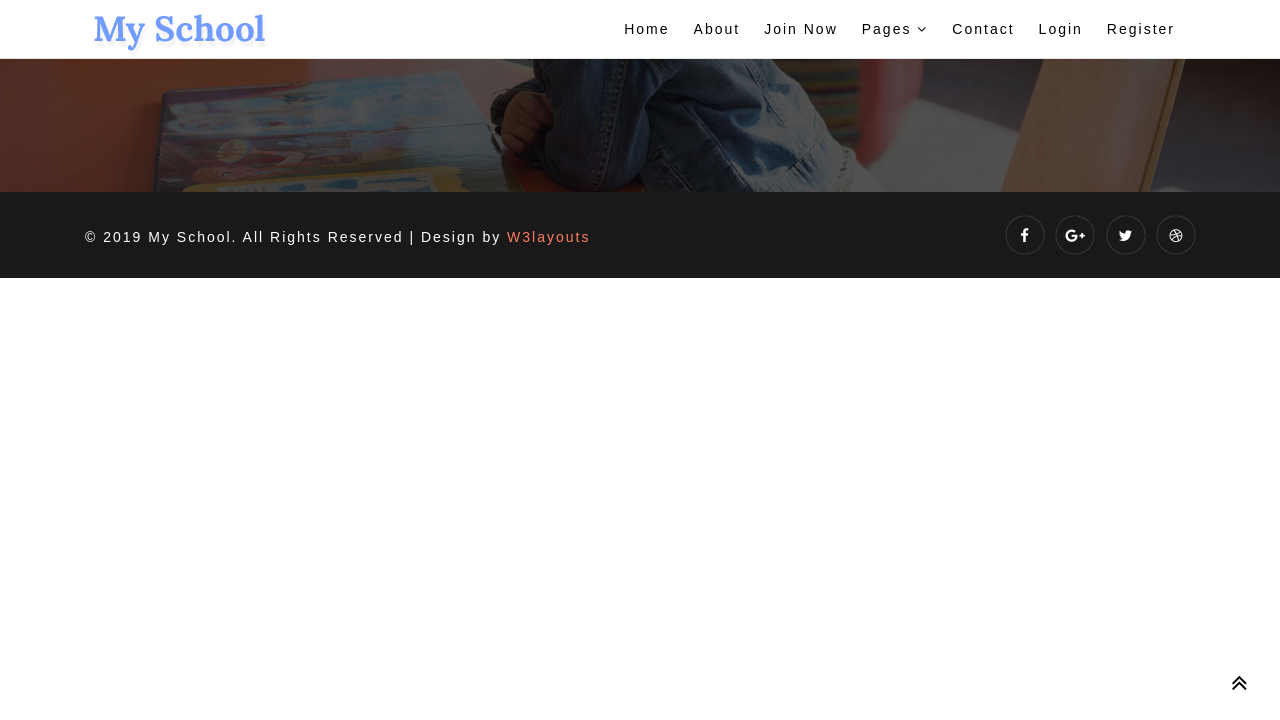
Repository: Gaurangdalvadi6/Web_Technologies_in_JAVA
Page: http://localhost/advance_java_assignment/home.jsp
The author's editor kept a copy of each file at every save. The page is drawn from the files as they stood at one save, then again after the next save.
The browser window is 1280 px wide. The pictures show the whole page.
Some web fonts or font styles are not loaded; a fallback is used. The page is served by Tomcat 9.

Above is the page before, as saved 2023-04-27 15:46:12.

After the next save:
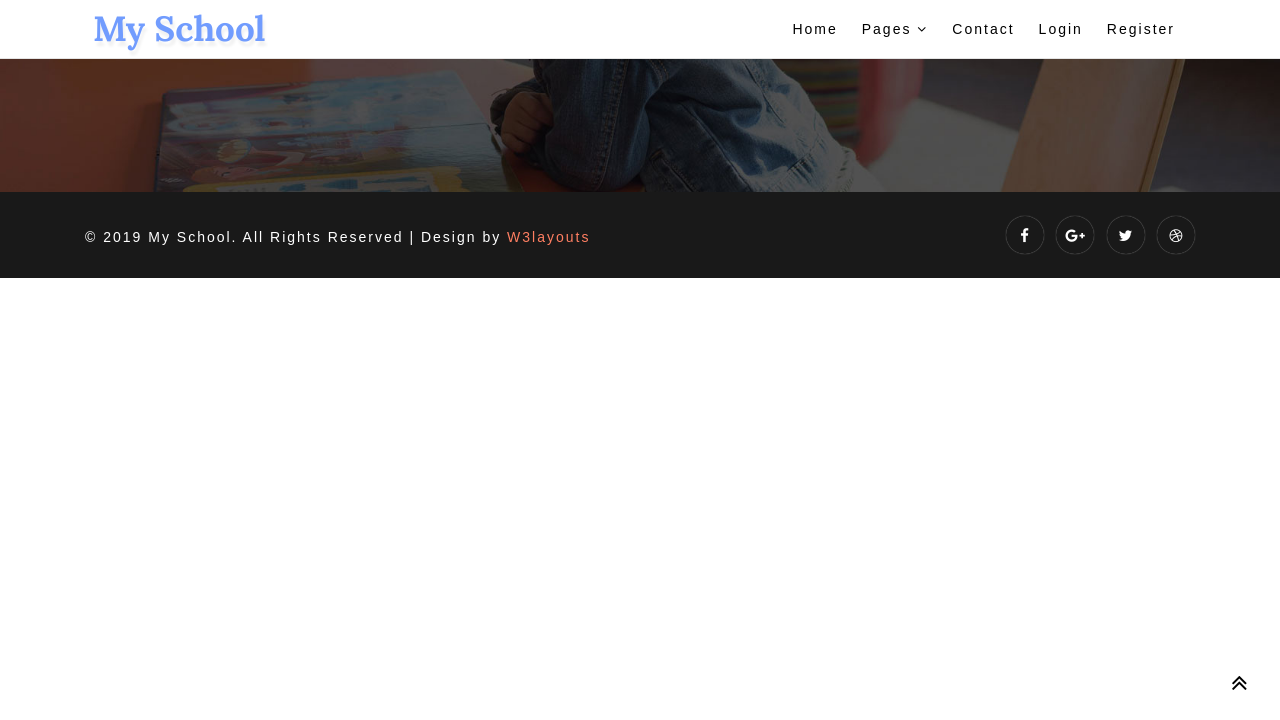
Saved 10 s later.
--- a/advance_java_assignment/src/main/webapp/home.jsp
+++ b/advance_java_assignment/src/main/webapp/home.jsp
@@ -59,8 +59,7 @@ License URL: http://creativecommons.org/licenses/by/3.0/
                         <input type="checkbox" id="drop" />
                         <ul class="menu">
                             <li><a href="home.jsp">Home</a></li>
-                            <li><a href="index.html">About</a></li>
-                            <li><a href="index.html">Join Now</a></li>
+
                             <li>
                                 <!-- First Tier Drop Down -->
                                 <label for="drop-2" class="toggle toogle-2">Pages <span class="fa fa-angle-down"
